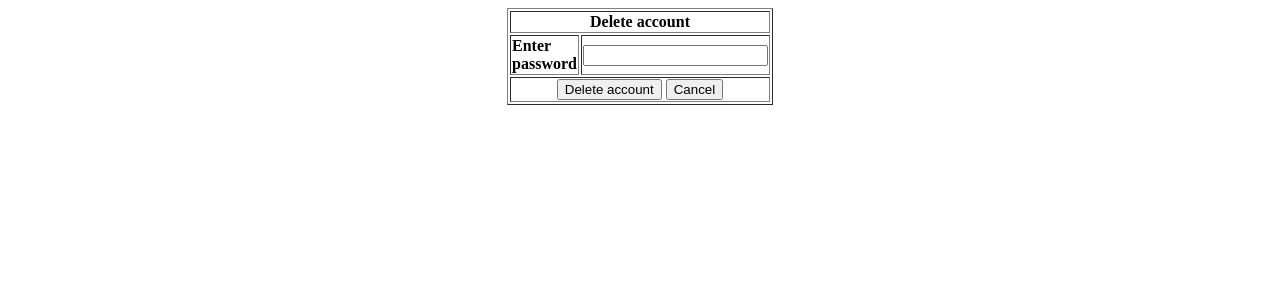
Repository: tomaters/servlets-JSP
Page: http://localhost/jsptest/mvcMem/deleteForm.jsp
An editor plug-in stored every save of this project. The page is shown before and after the next save, followed by the edit.
The browser window is 1280 px wide. The pictures show the whole page.
The page is served by Tomcat 10.

Above is the page before, as saved 2023-12-11 06:12:33.
Console error: TypeError: Cannot read properties of undefined (reading 'pass')

After the next save:
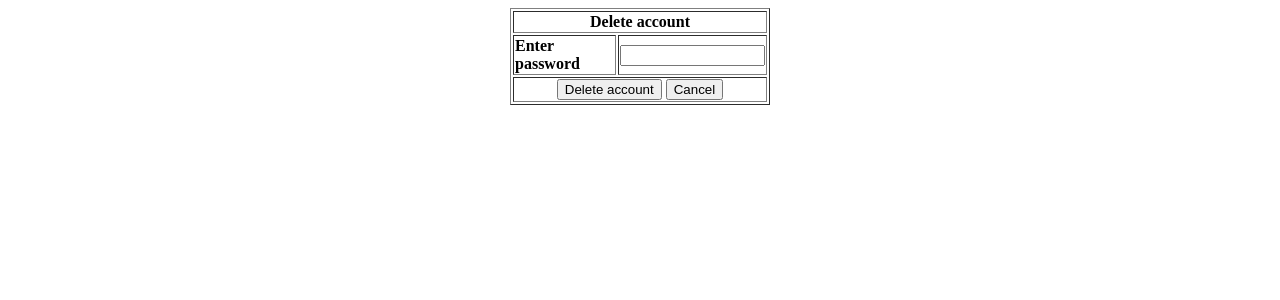
Saved 2 min 7 s later.
--- a/jsptest/src/main/webapp/mvcMem/deleteForm.jsp
+++ b/jsptest/src/main/webapp/mvcMem/deleteForm.jsp
@@ -22,7 +22,7 @@
 		</tr>
 		<tr>
 			<td width="150"><b>Enter password</b></td>
-			<td width="100"><input type="password" name="pass" size=""15"></td>
+			<td width="100"><input type="password" name="pass" size="15"></td>
 		</tr>
 		<tr>
 			<td colspan="2" align="center">
